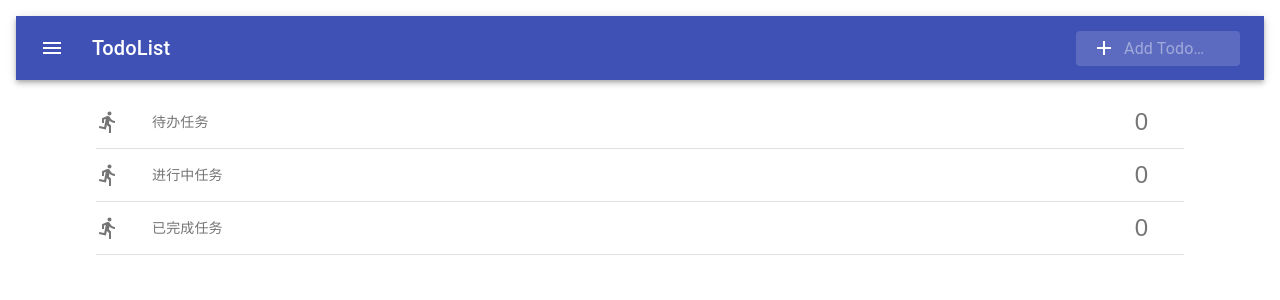
Repository: harperl71/TodoList
Page: /
An editor plug-in stored every save of this project. The page is shown before and after the next save, followed by the edit.
The browser window is 1280 px wide. The pictures show the whole page.
The project was rebuilt for these pictures with package versions that can differ from the ones it lists, and the page was loaded fresh each time. Also part of the build but not shown: src/components/content/task-item/index.tsx.

Above is the page before, as saved 2021-05-21 09:10:28.

After the next save:
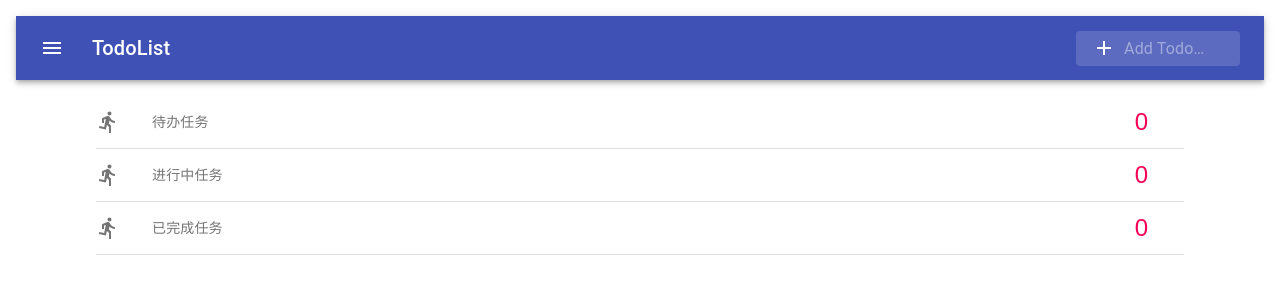
Saved 22 s later.
--- a/src/components/content/task-list/index.tsx
+++ b/src/components/content/task-list/index.tsx
@@ -56,7 +56,11 @@ const TaskList = ({ title, status }: Iprops) => {
               <DirectionsRunIcon />
             </ListItemIcon>
             <ListItemText secondary={title} />
-            <IconButton className={classes.listnum} aria-label="list-num">
+            <IconButton
+              className={classes.listnum}
+              color="secondary"
+              aria-label="list-num"
+            >
               {
                 todoList.filter((item) => {
                   return item.status === status;
